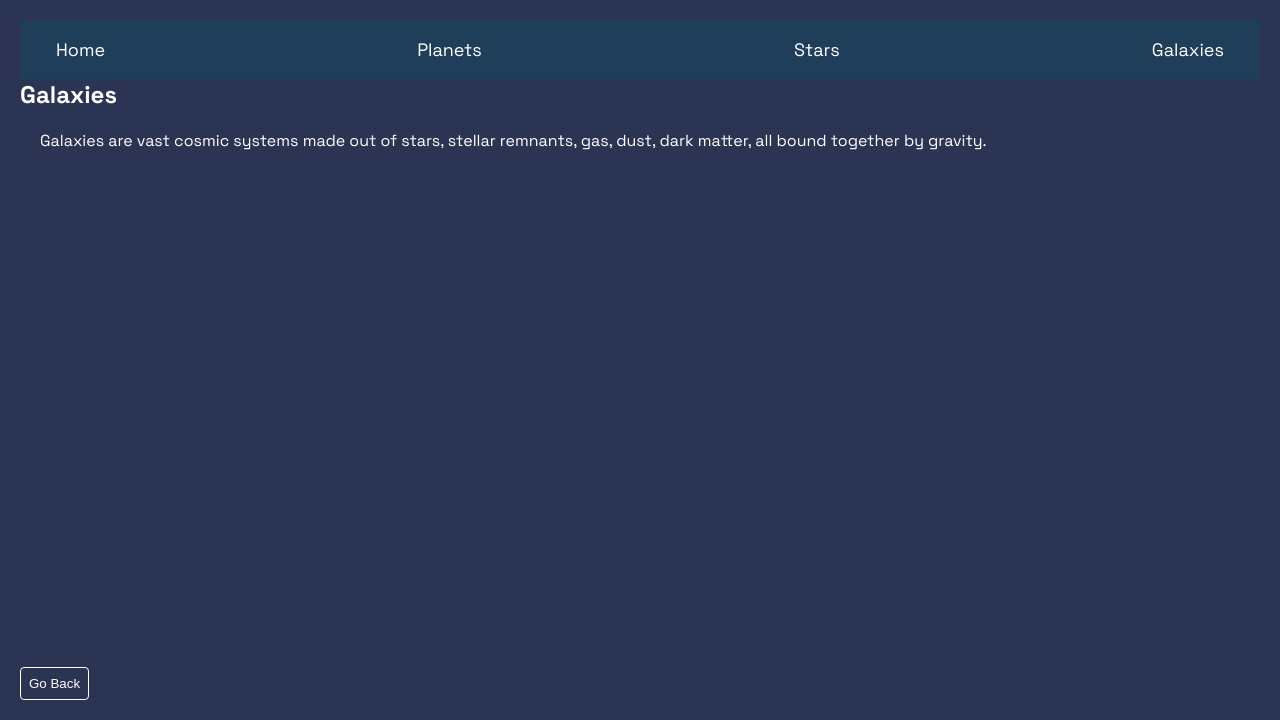
Repository: rmdayberry/Cosmic-Encyclopedia
Page: /galaxies
These files come from the project's save history. The page is drawn as it stood at one moment and after the next save; the edit follows.
The browser window is 1280 px wide. The pictures show the whole page.
The project was rebuilt for these pictures with package versions that can differ from the ones it lists, and the page was loaded fresh each time. Also part of the build but not shown: vite.config.js, src/pages/Homepage.js.

Above is the page before, as saved 2024-08-31 16:09:31.

### index.html
<!DOCTYPE html>
<html lang="en">
  <head>
    <meta charset="UTF-8" />
    <meta name="viewport" content="width=device-width, initial-scale=1.0" />
    <title>Cosmic Encyclopedia</title>
  </head>
  <body>
    <div id="root"></div>
    <script type="module" src="/src/main.jsx"></script>
  </body>
</html>

### src/App.jsx
import { BrowserRouter as Router, Routes, Route } from "react-router-dom";
import NavBar from "./NavBar";
import NavigateBackButton from "./NavigateBackButton";

//pages
import Homepage from "./pages/Homepage";
import ContentPage from "./pages/ContentPage";

function App() {
  return (
    <Router>
      <NavBar />
      <Routes>
        <Route path="/" element={<Homepage />} />
        <Route path="/:id" element={<ContentPage />} />
      </Routes>
      <NavigateBackButton />
    </Router>
  );
}

export default App;

### src/index.css
@import url("https://fonts.googleapis.com/css2?family=Space+Grotesk:wght@300..700&display=swap");

:root {
  --primary: #1f3e5a;
  --secondary: #2b3452;
}

body {
  margin: 0;
  padding: 20px;
  font-family: "Space Grotesk";
  background-color: var(--secondary);
}
* {
  color: #fff;
  margin: 0;
}

p {
  margin: 20px;
}

button {
  border: 1px solid white;
  padding: 8px;
  border-radius: 4px;
  color: white;
  background: var(--primary);
  cursor: pointer;
}

.nav-bar {
  display: flex;
  justify-content: space-between;
  gap: 16px;
  align-items: center;
  padding: 10px 20px;
  background-color: var(--primary);
}

.nav-bar a {
  color: white;
  text-decoration: none;
  padding: 8px 16px;
  font-size: 18px;
  transition: color 0.3s;
}

.nav-bar a:hover {
  color: orangered;
}

.backBtn {
  position: absolute;
  bottom: 20px;
  left: 20px;
  background-color: var(--secondary);
  transition: color 0.3s;
}
.backBtn:hover {
  background-color: orangered;
}

### src/NavBar.jsx
import { Link } from "react-router-dom";

export default function NavBar() {
  return (
    <nav className="nav-bar">
      <Link to="/">Home</Link>
      <Link to="/planets">Planets</Link>
      <Link to="/stars">Stars</Link>
      <Link to="/galaxies">Galaxies</Link>
    </nav>
  );
}

### src/NavigateBackButton.jsx
import { useNavigate } from "react-router-dom";

const NavigateBackButton = () => {
  const navigate = useNavigate();

  return (
    <button className="backBtn" onClick={() => navigate(-1)}>
      Go Back
    </button>
  );
};

export default NavigateBackButton;

### src/pages/ContentPage.jsx
import { useParams } from "react-router-dom";
import celestialData from "../data/celestialData";

export default function ContentPage() {
  const { id } = useParams();
  const content = celestialData[id];

  if (!content) {
    return <p>Content not found. Please choose another celestial object.</p>;
  }
  return (
    <div>
      <h2>{content.title}</h2>
      <p>{content.description}</p>
    </div>
  );
}

### src/data/celestialData.js
const celestialData = {
  planets: {
    title: "Planets",
    description:
      "Planets are facinating worlds that orbit around stars, each with unique characteristics, landscapes, and atmospheres. From the icy rings of Saturn, to the fiery surface of Venus, these celestial bodies offer endless opportunities for exploration and discovery",
  },
  stars: {
    title: "Stars",
    description:
      "Stars are massive, luminous spheres of plasma held together by gravity. The closest star to Earth is the Sun.",
  },
  galaxies: {
    title: "Galaxies",
    description:
      "Galaxies are vast cosmic systems made out of stars, stellar remnants, gas, dust, dark matter, all bound together by gravity.",
  },
};

export default celestialData;

Loaded but not shown: src/main.jsx (common file)

After the next save:
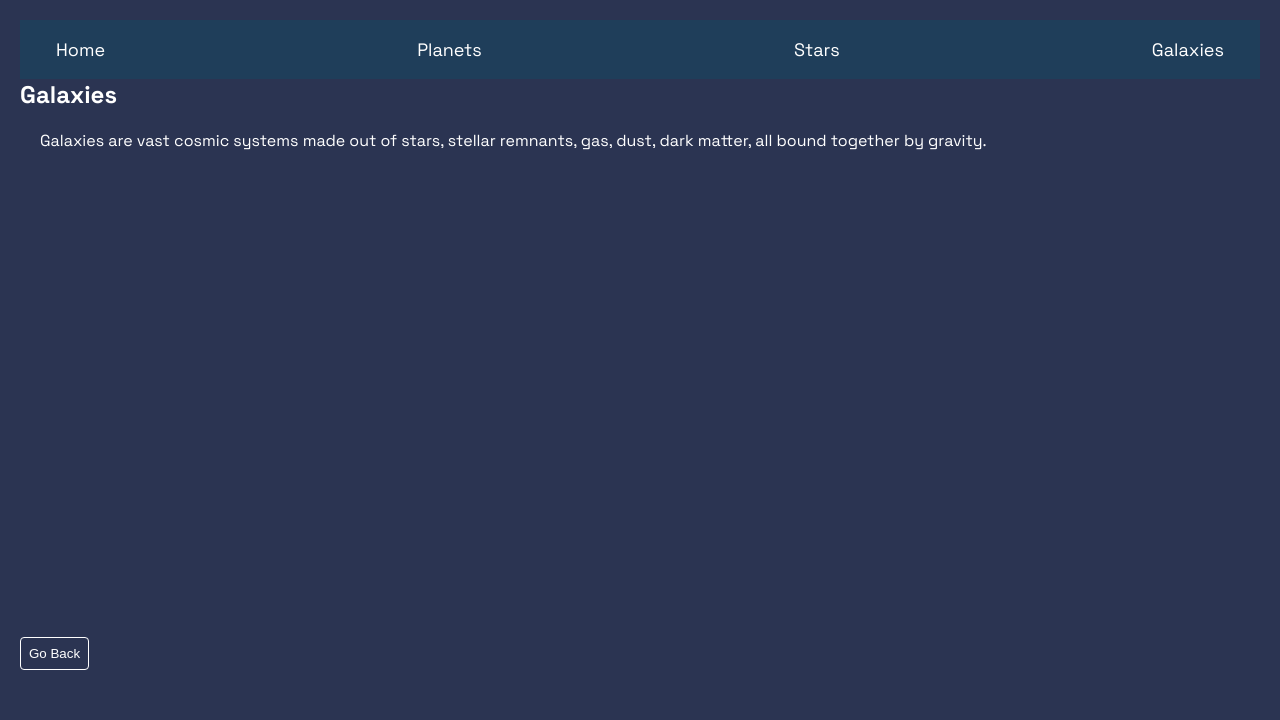
Saved 5 s later.
--- a/src/index.css
+++ b/src/index.css
@@ -52,7 +52,7 @@ button {
 
 .backBtn {
   position: absolute;
-  bottom: 20px;
+  bottom: 50px;
   left: 20px;
   background-color: var(--secondary);
   transition: color 0.3s;
